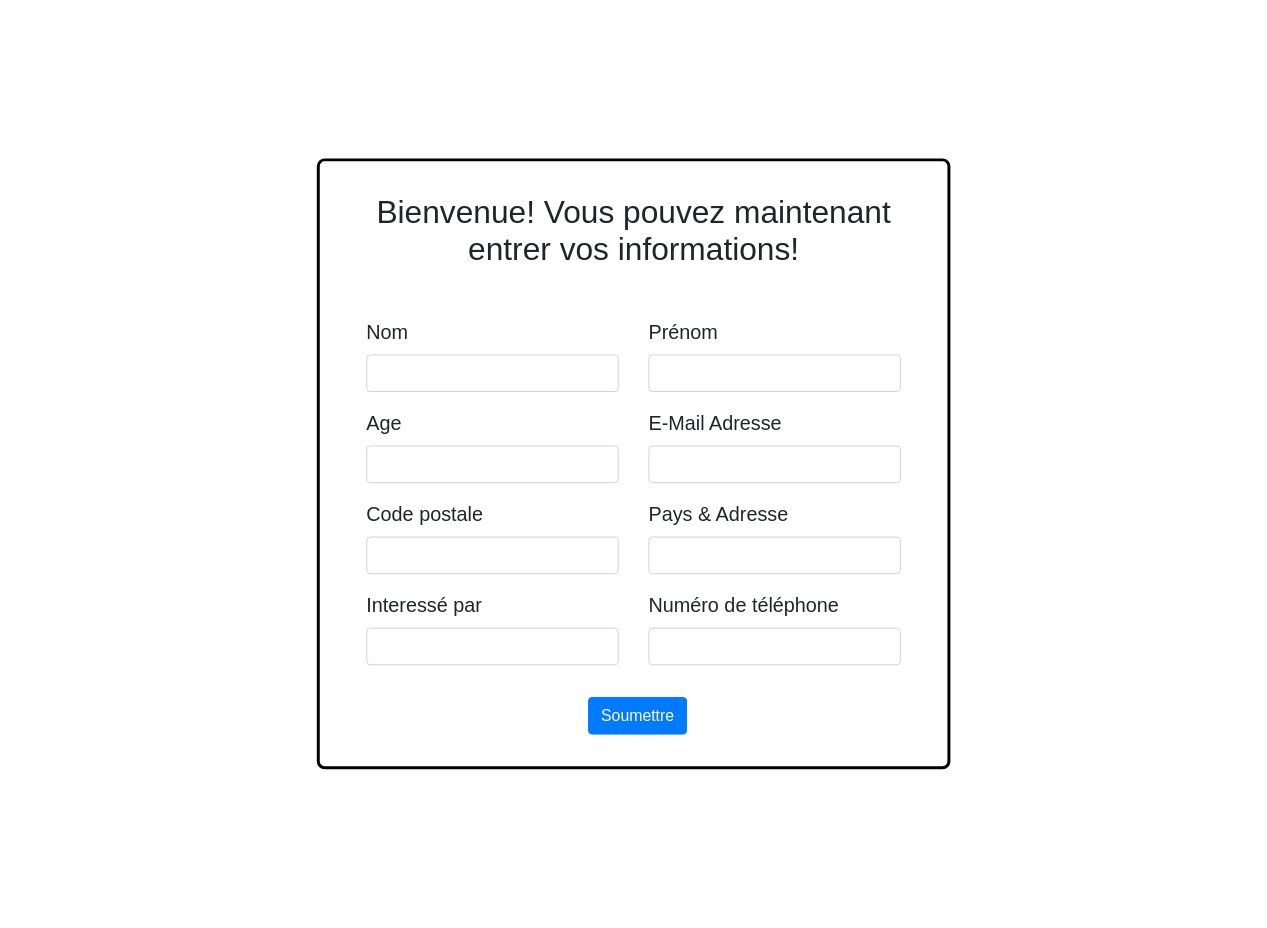
Repository: Aminox84/frontend-main
Page: /
An editor plug-in stored every save of this project. The page is shown before and after a run of saves, followed by the edit.
The browser window is 1280 px wide. The pictures show the whole page, at 99% of full size.
The project was rebuilt for these pictures with package versions that can differ from the ones it lists, and the page was loaded fresh each time.

Above is the page before, as saved 2022-12-29 21:13:56.

### public/index.html
<!DOCTYPE html>
<html lang="en">
  <head>
    <meta charset="utf-8" />
    <link rel="icon" href="%PUBLIC_URL%/favicon.ico" />
    <meta name="viewport" content="width=device-width, initial-scale=1" />
    <meta name="theme-color" content="#000000" />
    <meta
      name="description"
      content="Web site created using create-react-app"
    />
    <link rel="apple-touch-icon" href="%PUBLIC_URL%/logo192.png" />

    <link rel="manifest" href="%PUBLIC_URL%/manifest.json" />
    <link rel="stylesheet" href="https://cdn.jsdelivr.net/npm/bootstrap@4.4.1/dist/css/bootstrap.min.css" integrity="sha384-Vkoo8x4CGsO3+Hhxv8T/Q5PaXtkKtu6ug5TOeNV6gBiFeWPGFN9MuhOf23Q9Ifjh" crossorigin="anonymous">

    <title>React App</title>
  </head>
  <body>
    <noscript>You need to enable JavaScript to run this app.</noscript>
    <div id="root"></div>
    <script src="https://code.jquery.com/jquery-3.4.1.slim.min.js" integrity="sha384-J6qa4849blE2+poT4WnyKhv5vZF5SrPo0iEjwBvKU7imGFAV0wwj1yYfoRSJoZ+n" crossorigin="anonymous"></script>
    <script src="https://cdn.jsdelivr.net/npm/popper.js@1.16.0/dist/umd/popper.min.js" integrity="sha384-Q6E9RHvbIyZFJoft+2mJbHaEWldlvI9IOYy5n3zV9zzTtmI3UksdQRVvoxMfooAo" crossorigin="anonymous"></script>
    <script src="https://cdn.jsdelivr.net/npm/bootstrap@4.4.1/dist/js/bootstrap.min.js" integrity="sha384-wfSDF2E50Y2D1uUdj0O3uMBJnjuUD4Ih7YwaYd1iqfktj0Uod8GCExl3Og8ifwB6" crossorigin="anonymous"></script>
  </body>
</html>

### src/App.tsx
import React from 'react';
// import { useMultistepForm } from './useMultistepForm';
// import { AddressForm } from './AddressForm';
// import { AccountForm } from './AccountForm';
import UserForm  from './userForm';


function App() {


// const {steps,currentStepIndex,step,isFirstStep,isLastStep,back,next} = useMultistepForm([<UserForm />,<AddressForm />,<AccountForm />])

  return (
    <div style={{position:"relative",background:"white",border:"0.2rem solid  black",padding:"2rem",margin:" 10rem auto",borderRadius:".5rem",fontFamily:"Arial",width:"50%",}}>
      <form>
       {/* <div style={{position:"absolute",top:".5rem",right:".5rem"}}> {currentStepIndex + 1} / {steps.length}</div> */}
       <UserForm />

      </form>
    </div>
  );
}

export default App;

### src/userForm.tsx
import React,{useState} from 'react'
import axios from 'axios'
import { convertTypeAcquisitionFromJson } from 'typescript'

const UserForm= ()=> {

    const [data,setData]= useState([{
        firstName: 'firstTest',
        lastName:'lastTest',
        age: '22',
        email:'justtestingjunkie@gmail.com',
        codePostale:'8050',
        interest:'Prostitution',
        paysEtAdresse:'Nigeria',
        phoneNumber:'+4915115897636'
    }])

    const [addFormData,setAddFormData]= useState({
        firstName: '',
        lastName:'',
        age: '',
        email:'',
        codePostale:'',
        interest:'',
        paysEtAdresse:'',
        phoneNumber:''
    })

    const handleFormChange=(event)=>{
        event.preventDefault();

        const fieldName=event.target.getAttribute('name');
        const fieldValue = event.target.value;

        const newFormData={...addFormData};
        newFormData[fieldName]=fieldValue;

        setAddFormData(newFormData);

    }

    const handleSubmitButton=(event)=>{
        event.preventDefault();

        const newContact={
            firstName:addFormData.firstName,
            lastName:addFormData.lastName,
            age:addFormData.age,
            email:addFormData.email,
            codePostale:addFormData.codePostale,
            interest:addFormData.interest,
            paysEtAdresse:addFormData.paysEtAdresse,
            phoneNumber:addFormData.phoneNumber
        }

        const newContacts=[...data,newContact]
        setData(newContacts);
    }

 const labelFontSize={fontSize:"20px"}

  return (
    <>
      <h2 style={{ textAlign: 'center' }}>
        Bienvenue! Vous pouvez maintenant entrer vos informations!
      </h2>
      <div className="container mt-5">
        <div className="row">
          <div className="col">
            <div className="form-group">
              <label
                style={labelFontSize}
                htmlFor="exampleInputPassword1"
              >
                Nom
              </label>
              <input
              onChange={handleFormChange}
                name="lastName"
                type="text"
                className="form-control"
                id="exampleInputPassword1"
              />
            </div>
          </div>
          <div className="col">
            <div className="form-group">
              <label
                style={labelFontSize}
                htmlFor="exampleInputPassword1"
              >
                Prénom
              </label>
              <input
              onChange={handleFormChange}
                name='firstName'
                type="text"
                className="form-control"
                id="exampleInputPassword1"
              />
            </div>
          </div>
        </div>
        <div className="row">
          <div className="col">
            <div className="form-group">
              <label
                style={labelFontSize}
                htmlFor="exampleInputPassword1"
              >
                Age
              </label>
              <input
              onChange={handleFormChange}
              name='age'
                type="text"
                className="form-control"
                id="exampleInputPassword1"
              />
            </div>
          </div>
          <div className="col">
            <div className="form-group">
              <label
                style={labelFontSize}
                htmlFor="exampleInputPassword1"
              >
                E-Mail Adresse
              </label>
              <input
              onChange={handleFormChange}
              name='email'
                type="text"
                className="form-control"
                id="exampleInputPassword1"
              />
            </div>
          </div>
        </div>
        <div className="row">
          <div className="col">
            <div className="form-group">
              <label
                style={labelFontSize}
                htmlFor="exampleInputPassword1"
              >
                Code postale
              </label>
              <input
              onChange={handleFormChange}
              name='codePostale'
                type="text"
                className="form-control"
                id="exampleInputPassword1"
              />
            </div>
          </div>
          <div className="col">
            <div className="form-group">
              <label
                style={labelFontSize}
                htmlFor="exampleInputPassword1"
              >
                Pays & Adresse
              </label>
              <input
              onChange={handleFormChange}
              name='paysEtAdresse'
                type="text"
                className="form-control"
                id="exampleInputPassword1"
              />
            </div>
          </div>
        </div>
        <div className="row">
          <div className="col">
            <div className="form-group">
              <label
                style={labelFontSize}
                htmlFor="exampleInputPassword1"
              >
                Interessé par
              </label>

              <input
              onChange={handleFormChange}
                type="text"
                className="form-control"
                id="exampleInputPassword1"
              />
            </div>
          </div>
          <div className="col">
            <div className="form-group">
              <label
                style={labelFontSize}
                htmlFor="exampleInputPassword1"
              >
                Numéro de téléphone
              </label>
              <input
              onChange={handleFormChange}
              name='phoneNumber'
                type="text"
                className="form-control"
                id="exampleInputPassword1"
              />
            </div>
          </div>
        </div>
        <div className='d-flex justify-content-center mt-3'>

       <button onClick={handleSubmitButton} type="button" className='btn btn-primary ml-2'>Soumettre</button>

       </div>

      </div>
    </>
  )
}
export default UserForm;

Loaded but not shown: src/index.tsx (common file)

After the next 2 saves:
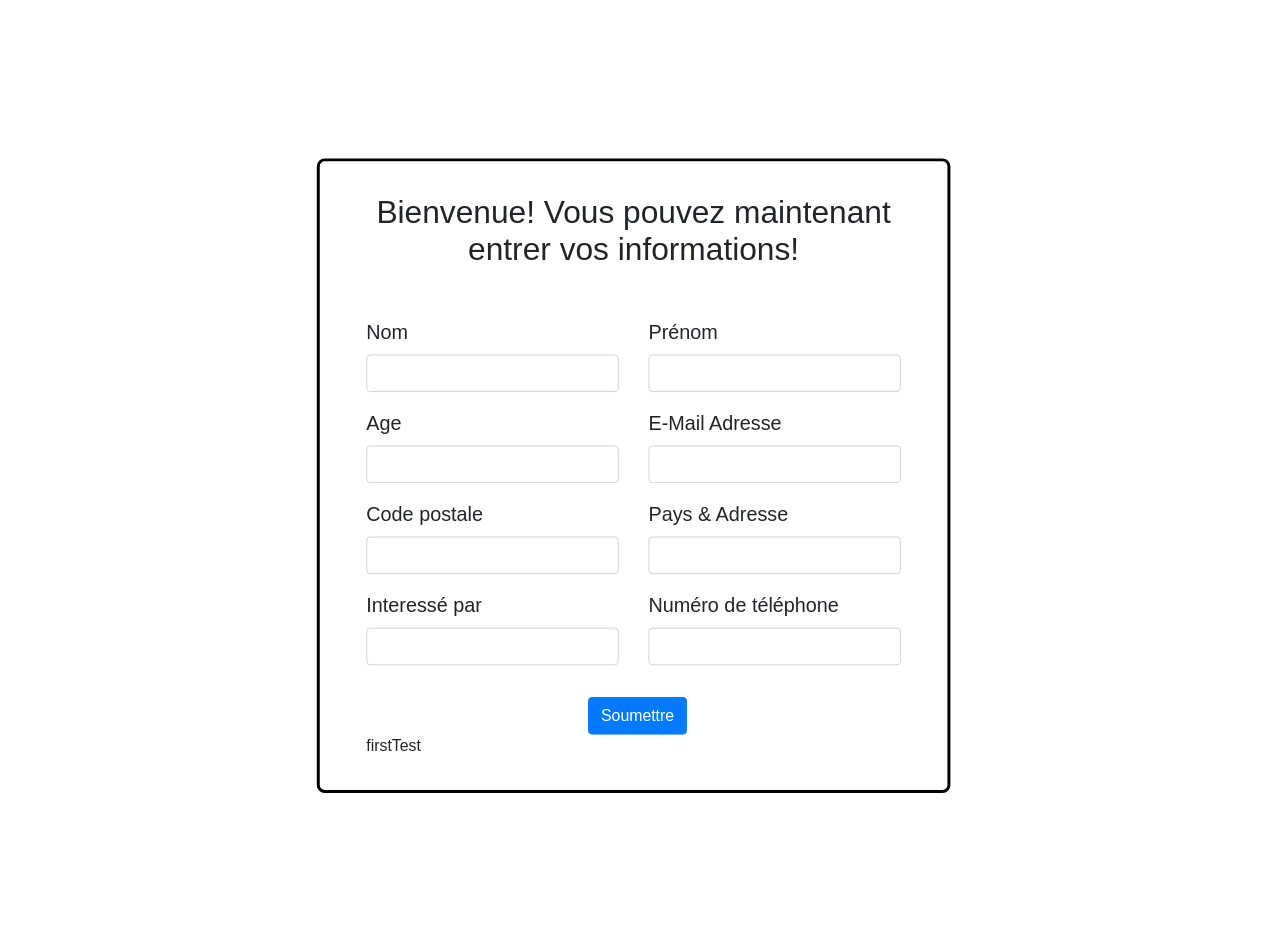
The 2 saves are shown as one change because 1 did not build or start.
The last was saved 90 s later.
--- a/src/userForm.tsx
+++ b/src/userForm.tsx
@@ -214,6 +214,7 @@ const UserForm= ()=> {
        <button onClick={handleSubmitButton} type="button" className='btn btn-primary ml-2'>Soumettre</button>
 
        </div>
+       <div> {data.map((e)=>(e.firstName))}</div>
 
       </div>
     </>
